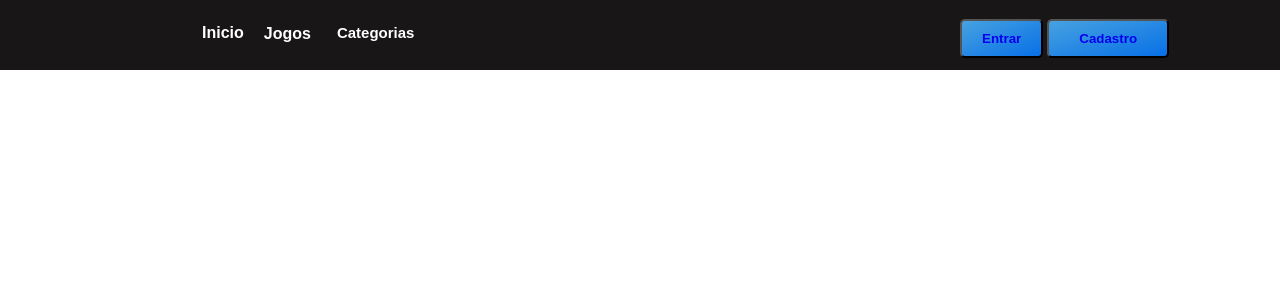
Repository: MarcoantonioCaldeira/Projeto-Go-Gamming
Page: /
These files come from the project's save history. The page is drawn as it stood at one moment and after the next save; the edit follows.
The browser window is 1280 px wide. The pictures show the whole page.
The project was rebuilt for these pictures with package versions that can differ from the ones it lists, and the page was loaded fresh each time. Also part of the build but not shown: src/pages/Inicio/estilo.css, src/pages/rodape/rodape.js, src/pages/Inicio/Inicio.js, src/pages/Jogos/Jogos.js, src/pages/Categorias/Acao.js, src/pages/Categorias/Aventura.js, src/pages/Categorias/Arcades.js, src/pages/Categorias/Familia.js and 7 more.

Above is the page before, as saved 2023-02-05 18:53:07.

After the next save:
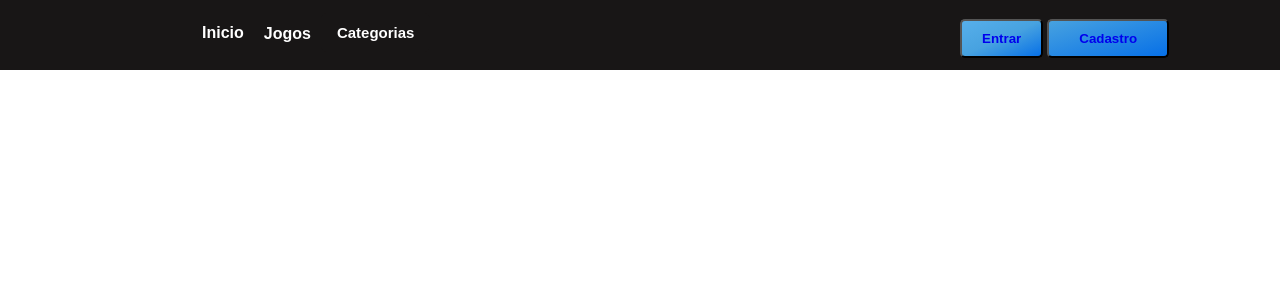
Saved 19 s later.
--- a/src/pages/Menu/estilo.css
+++ b/src/pages/Menu/estilo.css
@@ -100,7 +100,7 @@
     font-weight: 700;
     border-radius: 5px;
     color: white;
-    background-image:  linear-gradient(to bottom right,#47A2E0, #0770E7);
+    background-image:  linear-gradient(to bottom right,#57afea, #47A2E0, #0770E7);
     font-family: 'Montserrat', sans-serif;
     border-color: none;
   }
